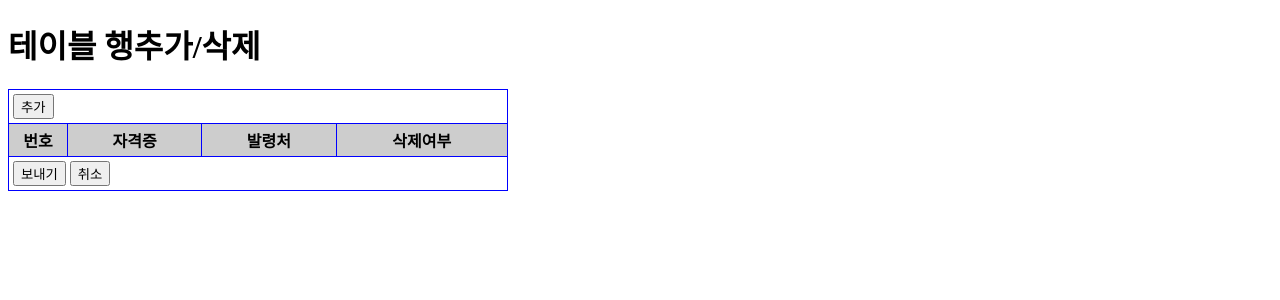
Repository: CHOKIHO/html
Page: work/0110/WebContent/ex3_tabledelete.html
The author's editor kept a copy of each file at every save. The page is drawn from the files as they stood at one save, then again after the next save.
The browser window is 1280 px wide. The pictures show the whole page.

Above is the page before, as saved 2017-01-10 05:37:16.

### work/0110/WebContent/ex3_tabledelete.html
<!DOCTYPE html>
<html>
<head>
<meta charset="UTF-8">
<title>테이블 추가</title>

<style type="text/css">

	body table {
		width:500px;
		border: 1px solid blue;
		border-collapse: collapse;
	}
	body table th, body table td {
		border: 1px solid blue;
		padding: 4px;
		//text-align: center;
	}

	body table>thead th {
		background-color: #cdcdcd;
	}

	body>table>thead .fr {
		text-align: right;
	}

	.no { width: 50px;}


</style>

<script type="text/javascript">

	var idx=1;

	//테이블 Row 추가 함수
	function addRow() {

		//추가할 td를 생성한다.
		var td1 = document.createElement("td");
		var td2 = document.createElement("td");
		var td3 = document.createElement("td");
		var td4 = document.createElement("td");

		//var btn = document.createElement("<input type='button' value='삭제'/>");


		//① td객체에 문자열지정 (innerHTML, innerText)
		td1.innerHTML = idx++;
		td2.innerHTML = "이순신";
		td3.innerHTML = "010-2222-3333";
		td4.innerHTML = "<input type='button' value='삭제' onclick='deleteRow(this)'/>";


		//② 추가할 tr을 생성
		var tr = document.createElement("tr");

		//③ tr 엘리먼트에 td엘리먼트 추가
		tr.appendChild(td1);
		tr.appendChild(td2);
		tr.appendChild(td3);
		tr.appendChild(td4);

		//tr.innerHTML = td1 + td2 + td3; (element에 문자열 추가)

		//④ row를 추가할 table 검색
		var tab = document.getElementById("myTable");

		//⑤ tbody를 찾기 (DOM구조: 자식들 태크는 배열로 저장되어 있음)
		var tbody = tab.children[1];

		//⑥ tbody에 tr추가
		tbody.appendChild(tr);

		//⑦ sytle 추가
		tr.style.textAlign = "center";


		//tr.onmouseover = delRow();  <-- ()있을때 없을때 차이

		var rowNo=0;

		tr.onmouseover = function() {  //익명함수 사용 (함수안에서 함수사용)

			rowNo = this.rowIndex;				//전역변수 이용
			//table.rowNo = this.rowIndex;    //테이블변수 이용

		};

		tr.onclick = function() {


			//alert(rowNo);
			tab.deleteRow(rowNo);
			//table.deleteRow(table.rowNo);

		};

	}

	//테이블 행 삭제함수 (마우스 over를 이용)

	function deleteRow() {

		//② 추가할 tr을 생성
		var tr = document.createElement("tr");

		//④ row를 추가할 table 검색
		var tab = document.getElementById("myTable");


		//alert("^^ : "+this.rowIndex)

	}

</script>

</head>
<body>
	<h1>테이블 행추가/삭제</h1>

	<form>
	<table id="myTable">
		<thead>
			<tr class="fr">
				<td colspan="4">
					<input type="button" value="추가" onclick="addRow()"/>
				</td>
			</tr>
			<tr>
				<th class="no">번호</th>
				<th>자격증</th>
				<th>발령처</th>
				<th>삭제여부</th>
			</tr>
		</thead>
		<tbody>
		<!-- 테이블 행추가할 body 구역 -->
		</tbody>
		<tfoot>
			<tr>
				<td colspan="4">
				<input type="button" value="보내기"/>
				<input type="button" value="취소"/>
				</td>
			</tr>
		</tfoot>
	</table>
	</form>

</body>
</html>

After the next save:
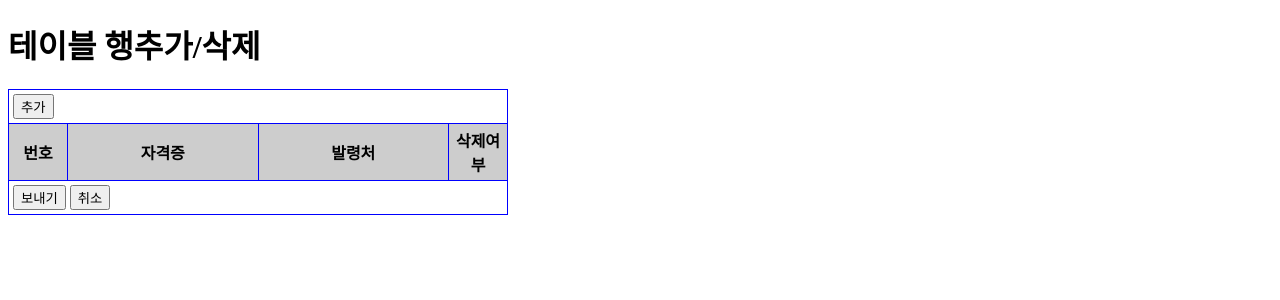
Saved 11 s later.
--- a/work/0110/WebContent/ex3_tabledelete.html
+++ b/work/0110/WebContent/ex3_tabledelete.html
@@ -132,7 +132,7 @@
 				<th class="no">번호</th>
 				<th>자격증</th>
 				<th>발령처</th>
-				<th>삭제여부</th>
+				<th class="no">삭제여부</th>
 			</tr>
 		</thead>
 		<tbody>
